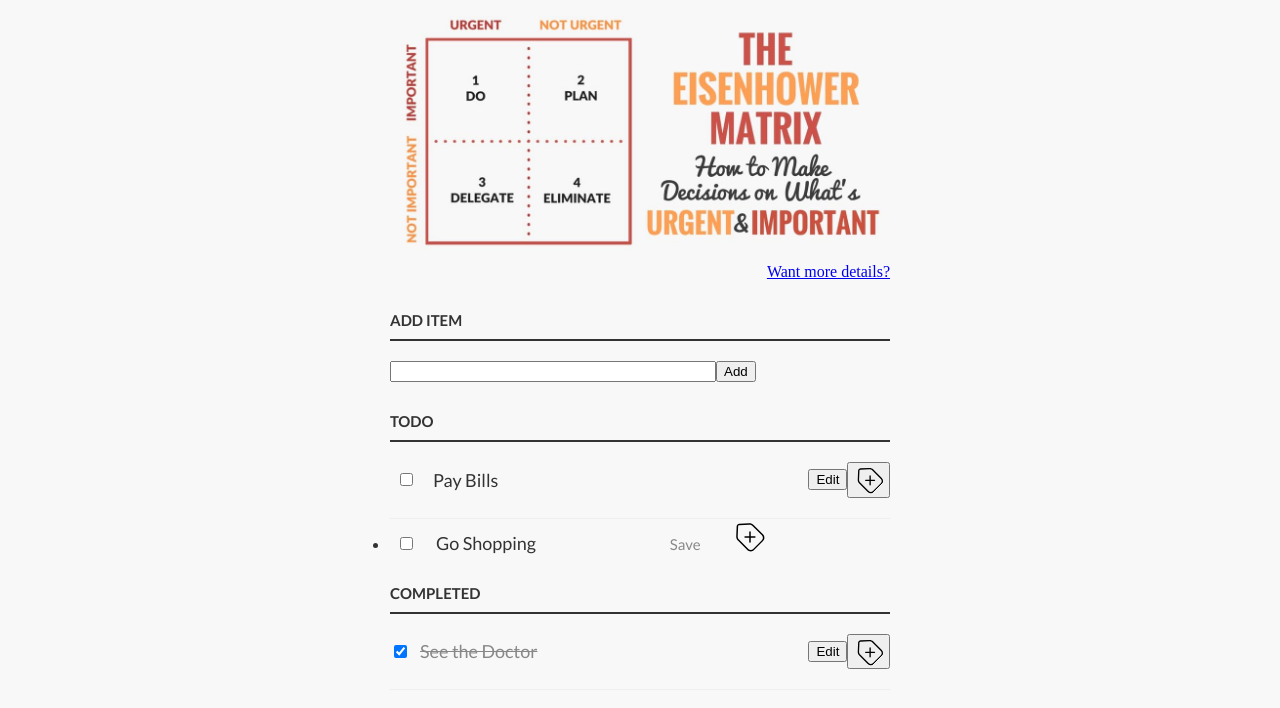
Repository: dev1siWoo/clean-code-s1e1
Page: index.html
An editor plug-in stored every save of this project. The page is shown before and after a run of saves, followed by the edit.
The browser window is 1280 px wide. The pictures show the whole page.

Above is the page before, as saved 2024-01-08 23:36:12.
Console error: TypeError: Cannot set properties of null (setting 'onchange')

After the next 2 saves:
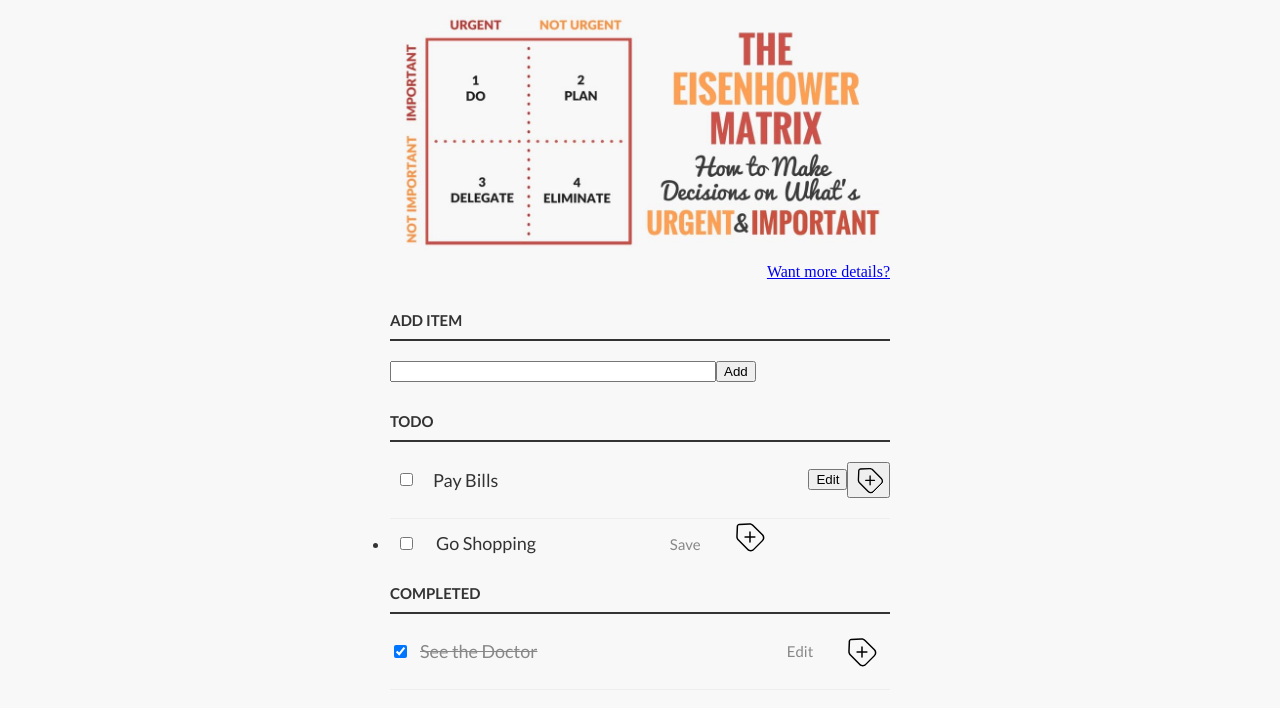
The 2 saves are shown as one change because they came seconds apart.
The last was saved 11 s later.
--- a/index.html
+++ b/index.html
@@ -53,8 +53,8 @@
                     <input class=mark" type="checkbox" checked>
                     <label class="title">See the Doctor</label>
                     <input type="text" class="input_edit">
-                    <button class="button_edit">Edit</button>
-                    <button class="button_delete">
+                    <button class="task__button button_edit">Edit</button>
+                    <button class="task__button button_delete">
                         <img class="button__img" src="./remove.svg" alt="delete button">
                     </button>
                 </li>
